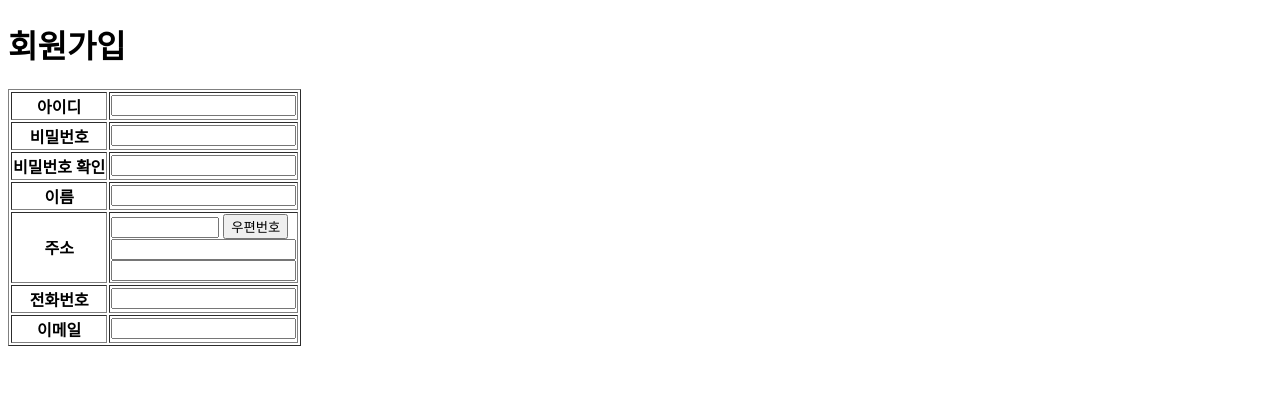
Repository: dhdhdht/Semi-login
Page: http://localhost/Semi_login/regist.jsp
An editor plug-in stored every save of this project. The page is shown before and after the next save, followed by the edit.
The browser window is 1280 px wide. The pictures show the whole page.
The page is served by Tomcat 9.

Above is the page before, as saved 2021-03-27 13:31:21.

After the next save:
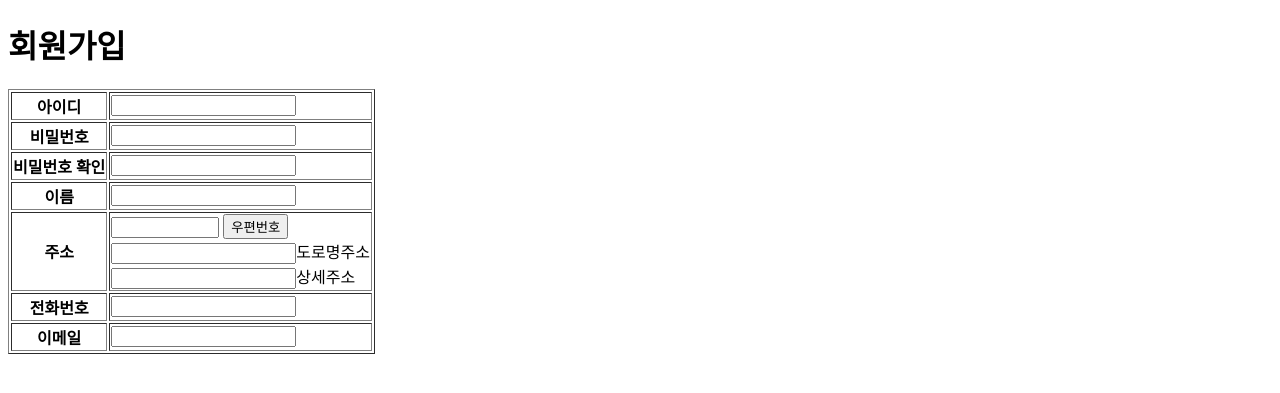
Saved 26 s later.
--- a/Semi_login/WebContent/regist.jsp
+++ b/Semi_login/WebContent/regist.jsp
@@ -82,8 +82,8 @@
 					<input type="hidden" id="confmKey" name="confmKey" value=""  >
 					<input type="text" id="zipNo" name="zipNo" readonly style="width:100px">
 					<input type="button"  value="우편번호" onclick="jusoPopup();"><br/>
-					<input type="text" id="roadAddrPart1" readonly="readonly" /><br/>
-					<input type="text" />
+					<input type="text" id="roadAddrPart1" readonly="readonly" />도로명주소<br/>
+					<input type="text" />상세주소
 				</td>
 			</tr>
 			<tr>

After the 3 saves that followed:
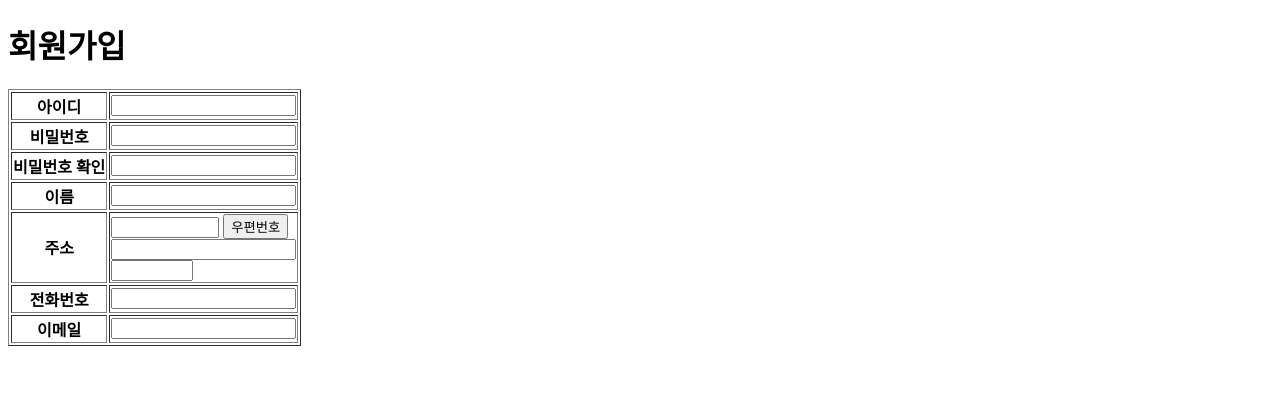
The 3 saves are shown as one change because 2 left the picture as it was.
The last was saved 5 min 48 s later.
--- a/Semi_login/WebContent/regist.jsp
+++ b/Semi_login/WebContent/regist.jsp
@@ -1,9 +1,10 @@
 <%@ page language="java" contentType="text/html; charset=UTF-8"
     pageEncoding="UTF-8"%>
-<!DOCTYPE html>
+<!DOCTYPE html PUBLIC "-//W3C//DTD HTML 4.01 Transitional//EN" "http://www.w3.org/TR/html4/loose.dtd">
+
 <html>
 <head>
-<meta charset="UTF-8">
+<meta http-equiv="Content-Type" content="text/html; charset=UTF-8">
 <title>Insert title here</title>
 
 <script type="text/javascript">
@@ -82,8 +83,8 @@
 					<input type="hidden" id="confmKey" name="confmKey" value=""  >
 					<input type="text" id="zipNo" name="zipNo" readonly style="width:100px">
 					<input type="button"  value="우편번호" onclick="jusoPopup();"><br/>
-					<input type="text" id="roadAddrPart1" readonly="readonly" />도로명주소<br/>
-					<input type="text" />상세주소
+					<input type="text" id="roadAddrPart1" readonly="readonly" /><br/>
+					<input type="text" id="addrDetail" style="width:40%" value="">
 				</td>
 			</tr>
 			<tr>
